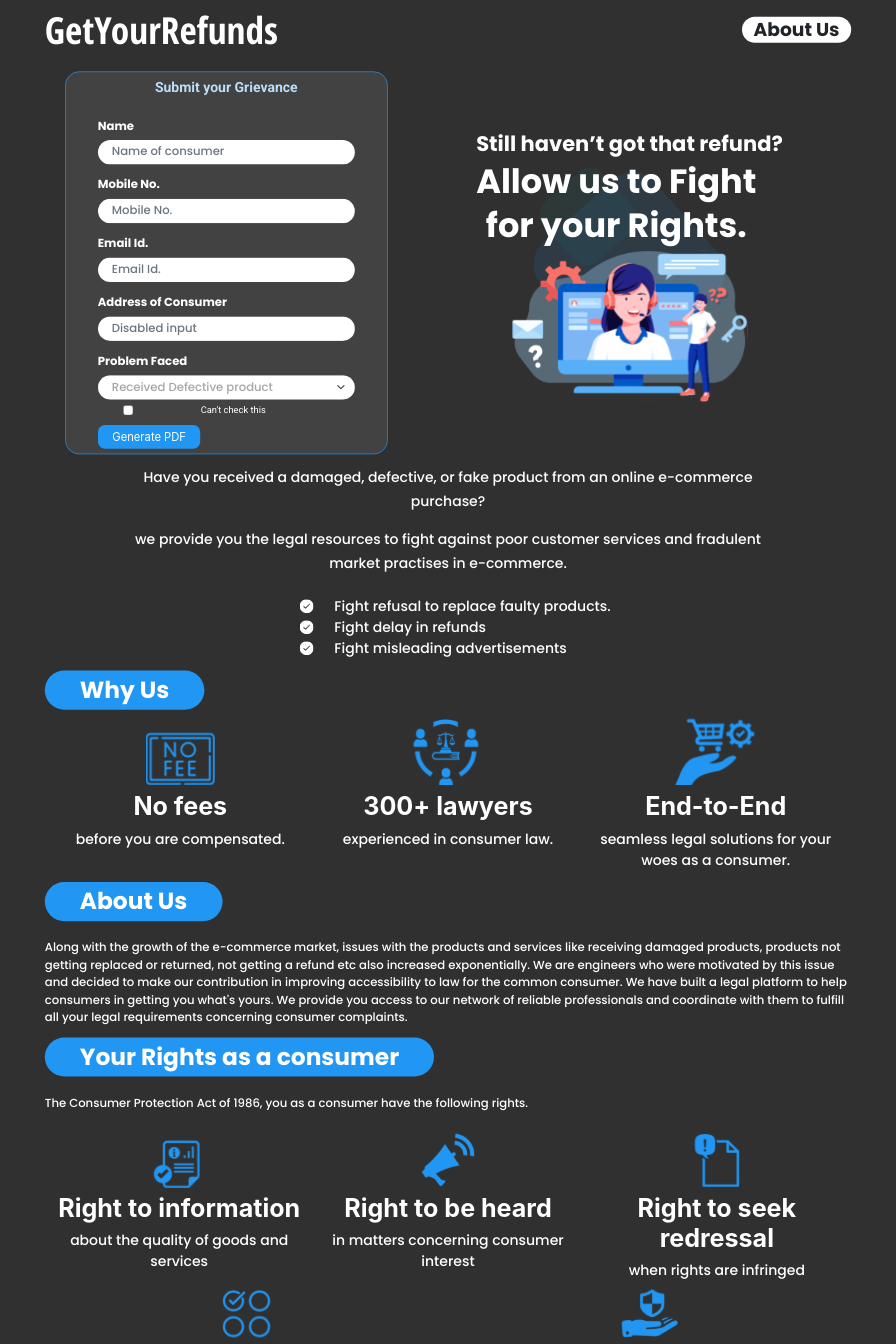
Repository: Eren00Yeager/initial-survey
Page: /consumer-complaints
These files come from the project's save history. The page is drawn as it stood at one moment and after the next save; the edit follows.
The browser window is 1280 px wide. The pictures show the part of the page from y = 0 to 1920 px (the page is 2767 px tall before and 2851 px after), at 70% of full size.
Some web fonts or font styles are not loaded; a fallback is used. The project was rebuilt for these pictures with package versions that can differ from the ones it lists, and the page was loaded fresh each time. The framework's server and built-in components were replaced by stand-ins that run in the browser. Also part of the build but not shown: next.config.js.

Above is the page before, as saved 2022-07-14 12:31:13.

After the next save:
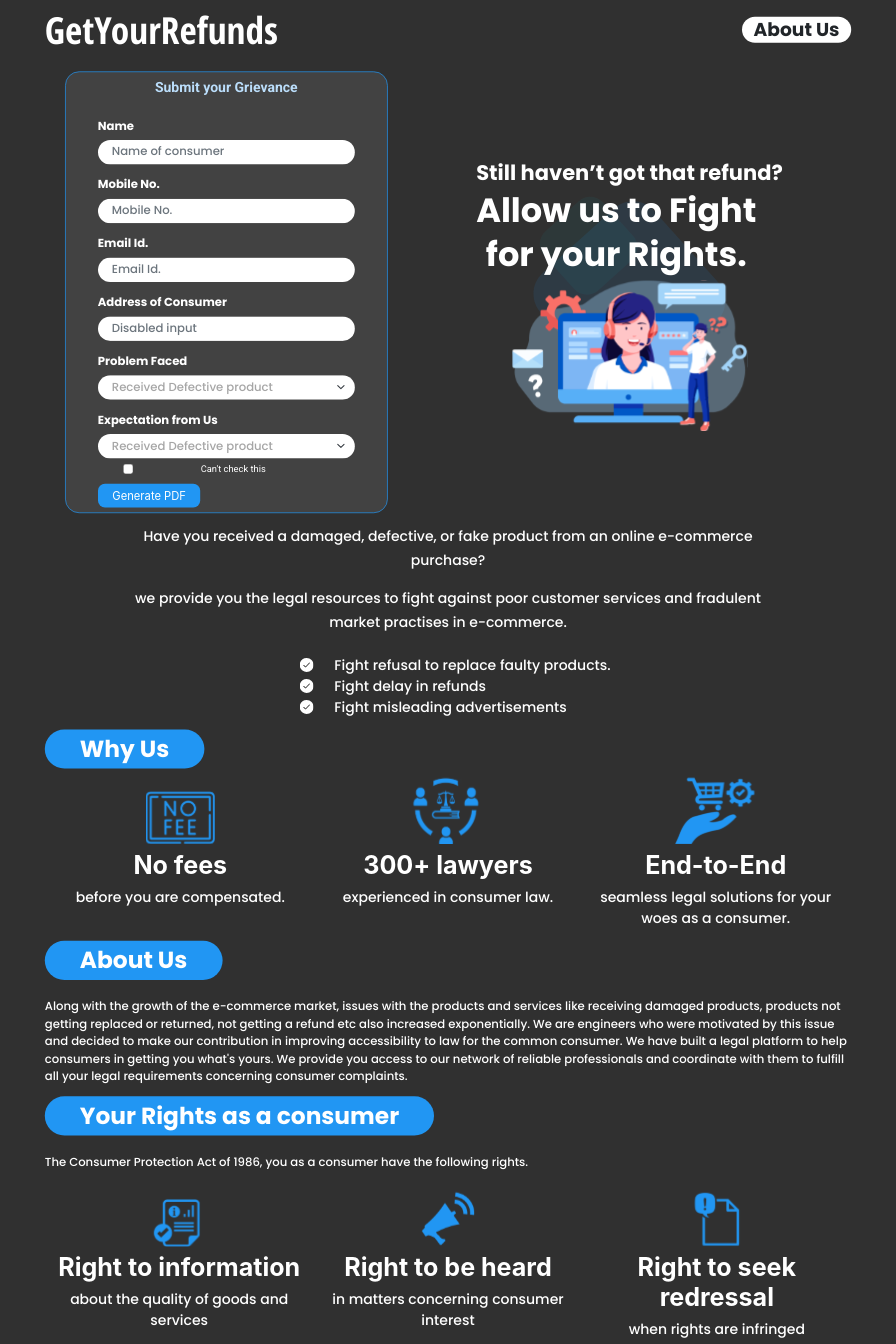
Saved 98 s later.
--- a/pages/consumer-complaints.jsx
+++ b/pages/consumer-complaints.jsx
@@ -145,7 +145,14 @@ export default function consumer() {
                     <option>Received Defective product</option>
                     <option>Received Defective product</option>
                     <option>Received Defective product</option>
-
+                </Form.Select>
+            </Form.Group>
+            <Form.Group className={consumerStyles.det}>
+                <Form.Label className={consumerStyles.nam}>Expectation from Us</Form.Label>
+                <Form.Select className={consumerStyles.plc}>
+                    <option>Received Defective product</option>
+                    <option>Received Defective product</option>
+                    <option>Received Defective product</option>
                 </Form.Select>
             </Form.Group>
             <Form.Group className={consumerStyles.terms} >
